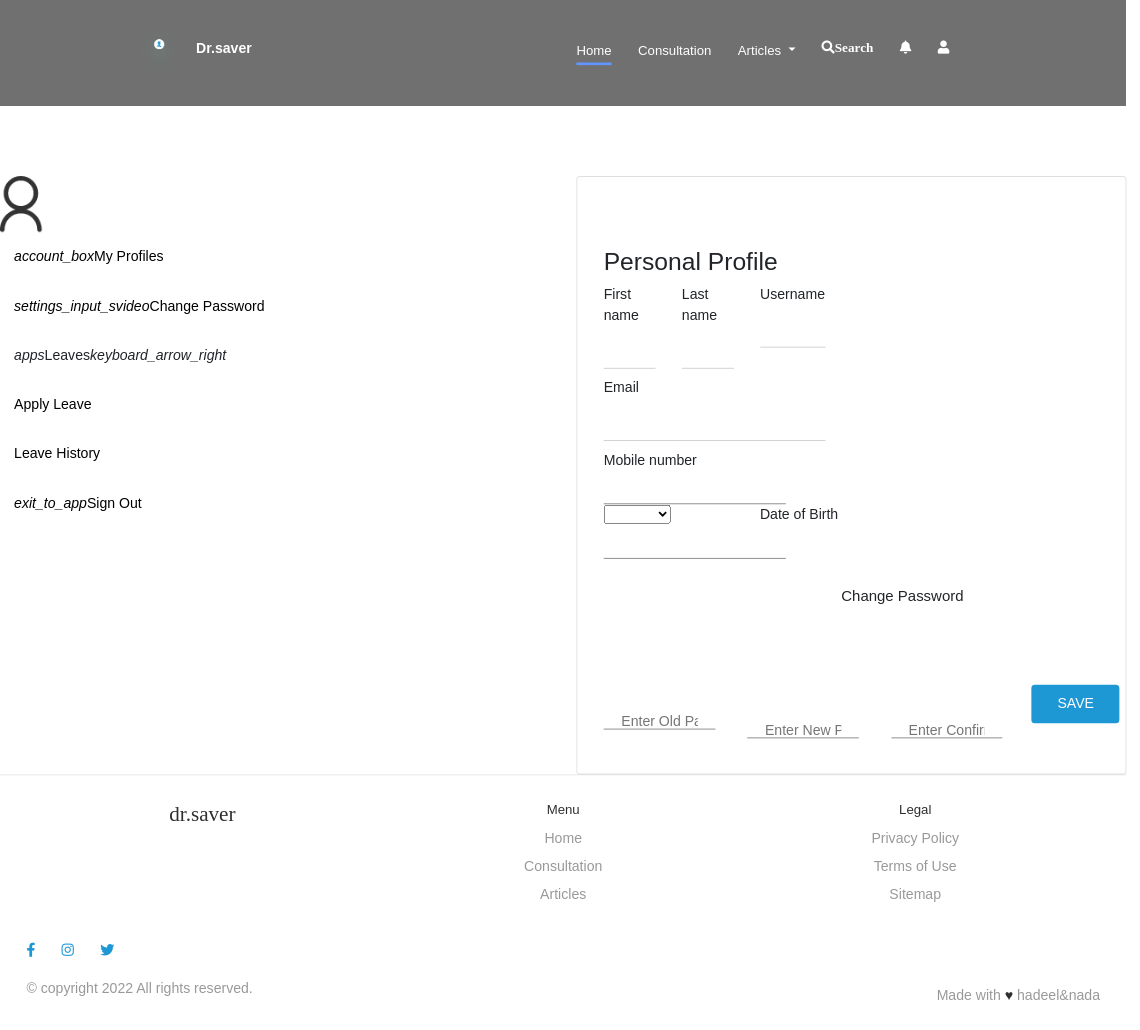
Repository: nsra/hadeel_doctor_system
Page: patient/Pprofile.html
The author's editor kept a copy of each file at every save. The page is drawn from the files as they stood at one save, then again after a run of saves.
The browser window is 1280 px wide. The page is 1295 px wide, so the pictures cover 1295 px, including what lies to the right of the window. The pictures show the whole page, at 88% of full size.
Some web fonts or font styles are not loaded; a fallback is used. Some web libraries are served in a nearby version.

Above is the page before, as saved 2022-03-25 14:44:20.

After the next 3 saves:
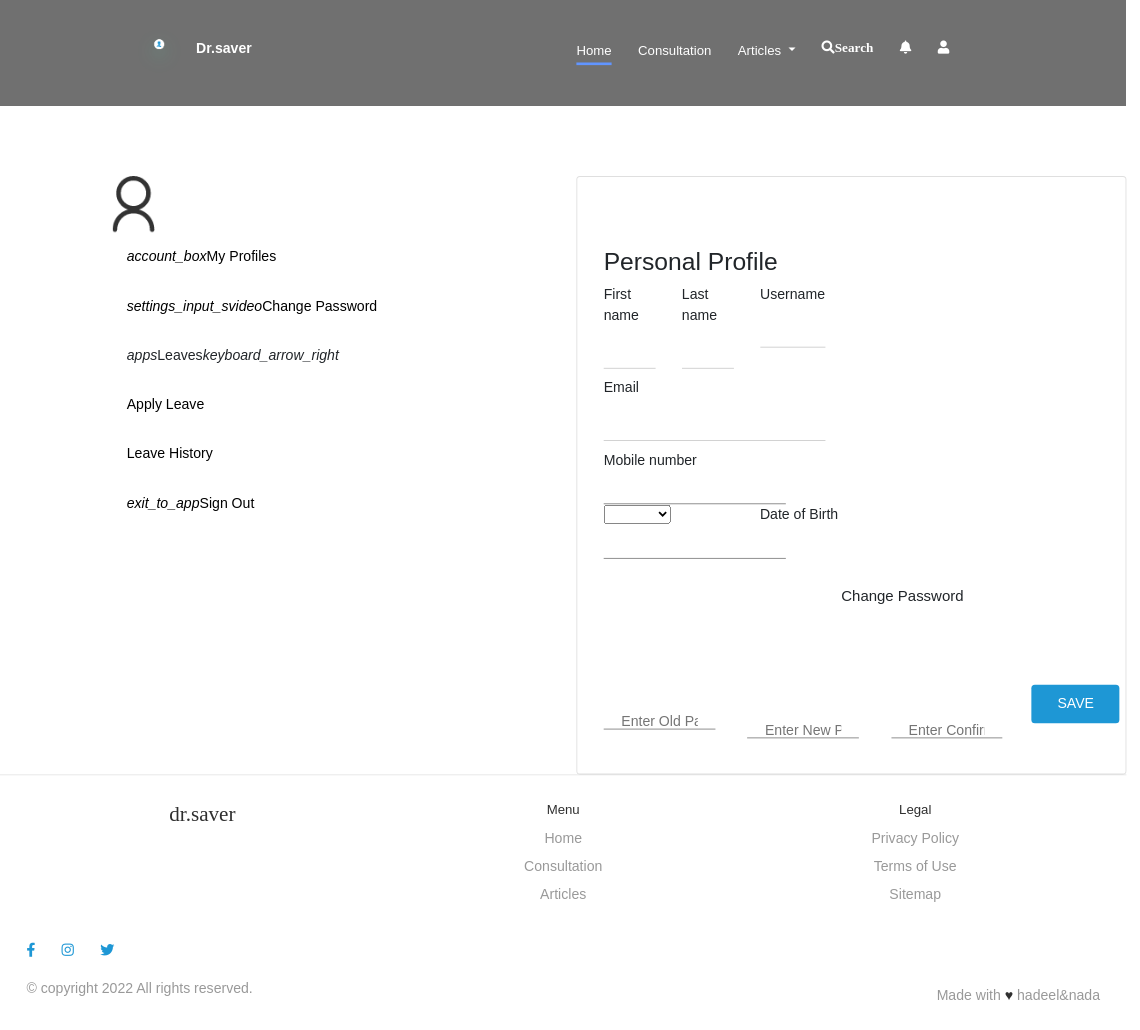
The 3 saves are shown as one change because they came seconds apart.
The last was saved 23 s later.
--- a/assets/css/style.css
+++ b/assets/css/style.css
@@ -643,6 +643,7 @@ width: 100%;
 
 .sidebar {
   margin: 0;
+  margin-left: 10%;
   padding: 0;
   width: 30%;
 
